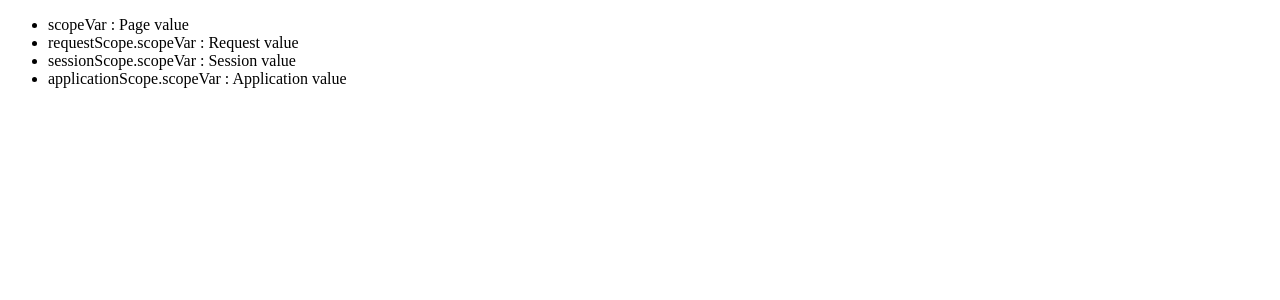
Repository: hyojinx/JspStudy
Page: http://localhost/jspstudy/11JSTL/CoreRemove.jsp
An editor plug-in stored every save of this project. The page is shown before and after the next save, followed by the edit.
The browser window is 1280 px wide. The pictures show the whole page.
The page is served by Tomcat 9.

Above is the page before, as saved 2023-04-10 01:54:39.

After the next save:
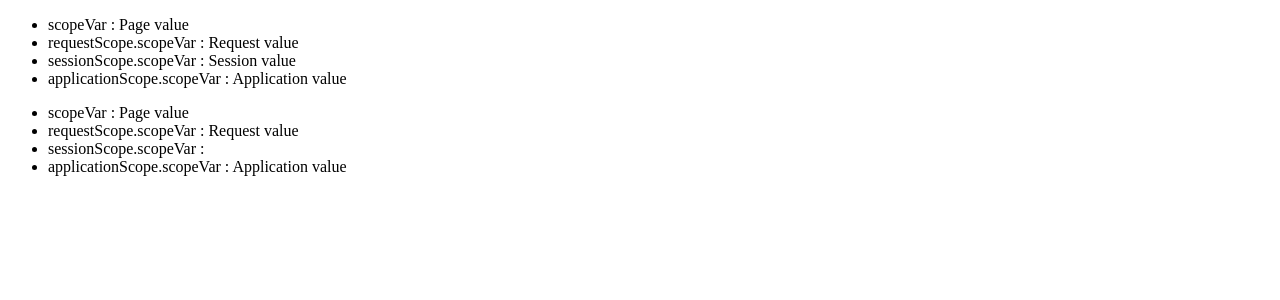
Saved 55 s later.
--- a/jspstudy/src/main/webapp/11JSTL/CoreRemove.jsp
+++ b/jspstudy/src/main/webapp/11JSTL/CoreRemove.jsp
@@ -19,5 +19,12 @@
 		<li>sessionScope.scopeVar : ${sessionScope.scopeVar }</li>
 		<li>applicationScope.scopeVar : ${applicationScope.scopeVar }</li>
 	</ul>
+	<c:remove var="scopeVar" scope="session"/>
+	<ul>
+		<li>scopeVar : ${scopeVar }</li>
+		<li>requestScope.scopeVar : ${requestScope.scopeVar }</li>
+		<li>sessionScope.scopeVar : ${sessionScope.scopeVar }</li>
+		<li>applicationScope.scopeVar : ${applicationScope.scopeVar }</li>
+	</ul>
 </body>
 </html>
